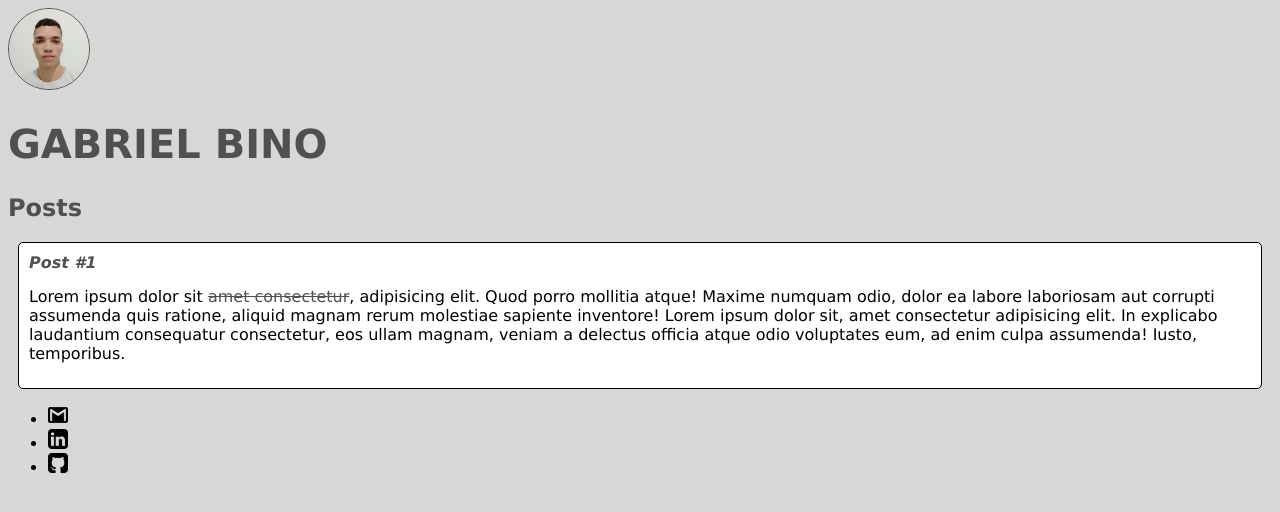
Repository: gabrielbino/projects-dio
Page: html e css/index.html
An editor plug-in stored every save of this project. The page is shown before and after the next save, followed by the edit.
The browser window is 1280 px wide. The pictures show the whole page.

Above is the page before, as saved 2021-10-15 18:45:04.

After the next save:
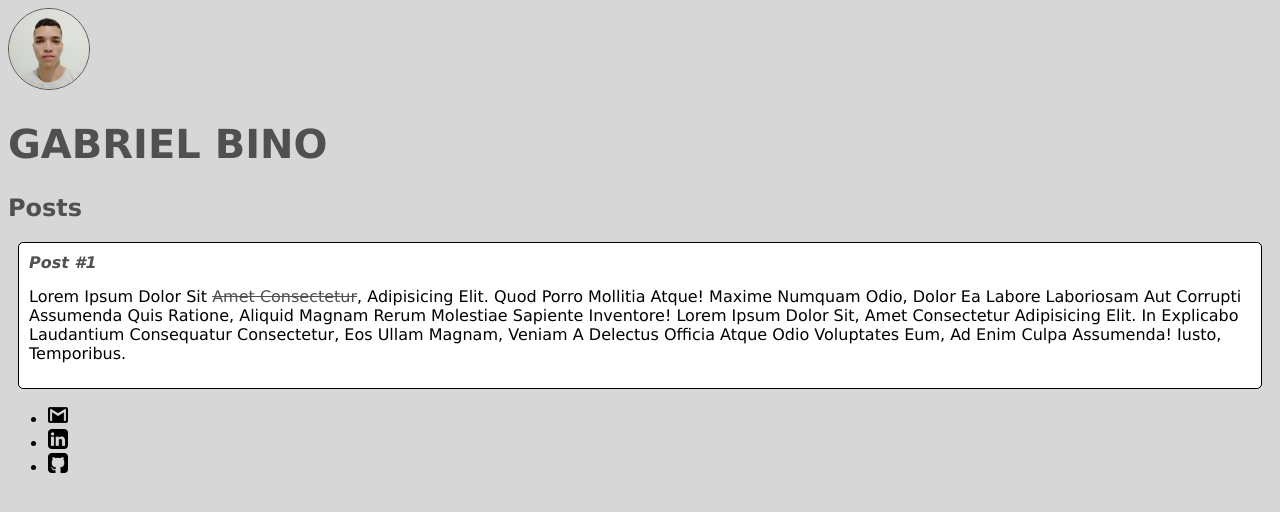
Saved 20 s later.
--- a/html e css/style.css
+++ b/html e css/style.css
@@ -43,4 +43,5 @@ a {
 .post_content {
   margin: 0;
   margin-bottom: 15px;
+  text-transform: capitalize;
 }
